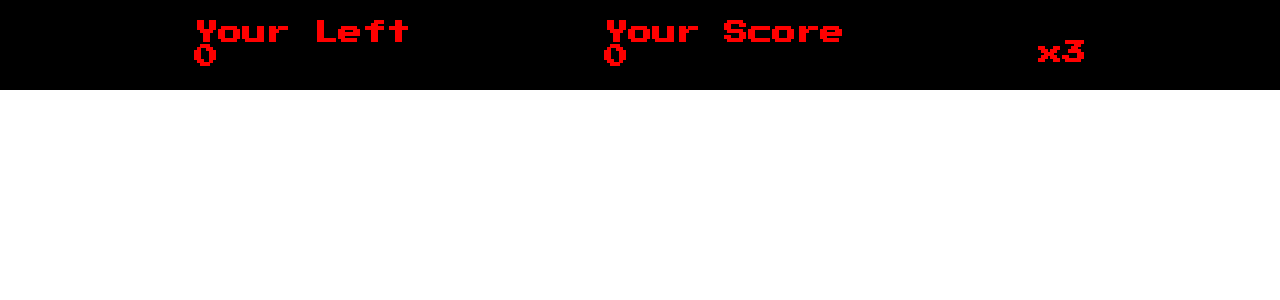
Repository: Zoemateus324/detona-ralph-js
Page: index.html
An editor plug-in stored every save of this project. The page is shown before and after the next save, followed by the edit.
The browser window is 1280 px wide. The pictures show the whole page.

Above is the page before, as saved 2024-11-26 08:42:50.

### index.html
<!DOCTYPE html>
<html lang="en">

<head>
    <!-- Settings -->
    <meta charset="UTF-8">
    <meta name="viewport" content="width=device-width, initial-scale=1.0">
    <title>Detona Ralph</title>

    <!-- Fonts -->
    <link rel="preconnect" href="https://fonts.googleapis.com">
    <link rel="preconnect" href="https://fonts.gstatic.com" crossorigin>
    <link href="https://fonts.googleapis.com/css2?family=Press+Start+2P&display=swap" rel="stylesheet">

    <!-- Styles -->
    <link rel="stylesheet" href="./src/styles/reset.css">
    <link rel="stylesheet" href="./src/styles/main.css">
</head>

<body>

    <div class="container">
        <div class="menu">
            <div class="menu-time">
                <h2 style="color: red;">Your Left</h2>
                <h2>0</h2>

            </div>
            <div class="menu-score">
                <h2 style="color: red;">Your Score</h2>
                <h2>0</h2>
            </div>
            <div class="menu-lives">
                <img src="">
                <h2>x3</h2>
            </div>
        </div>





        <div class="panel">

        </div>
    </div>


    <script defer src="./src/scripts/main.js"></script>
</body>



</html>

### src/styles/reset.css
*{
    margin:0;
    padding:0;
    box-sizing:border-box;
    /* font-family: "Bebas Neue", sans-serif; */
    font-family: "Press Start 2P", cursive;
}

### src/styles/main.css
.container{
    display: flex;
}
.menu{
    display:flex;
    justify-content:space-evenly;
    align-items:center;


    height:90px;
    width:100%;
    background-color:#000000;
    color:red;
}

Loaded but not shown: src/scripts/main.js (no stored copy; drawn as an empty file)

After the next save:
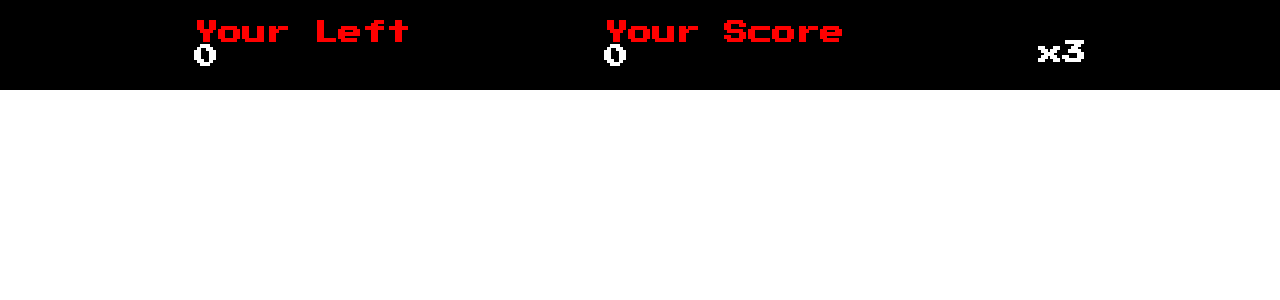
Saved 14 s later.
--- a/src/styles/main.css
+++ b/src/styles/main.css
@@ -10,5 +10,5 @@
     height:90px;
     width:100%;
     background-color:#000000;
-    color:red;
+    color:  #ffffff;
 }
